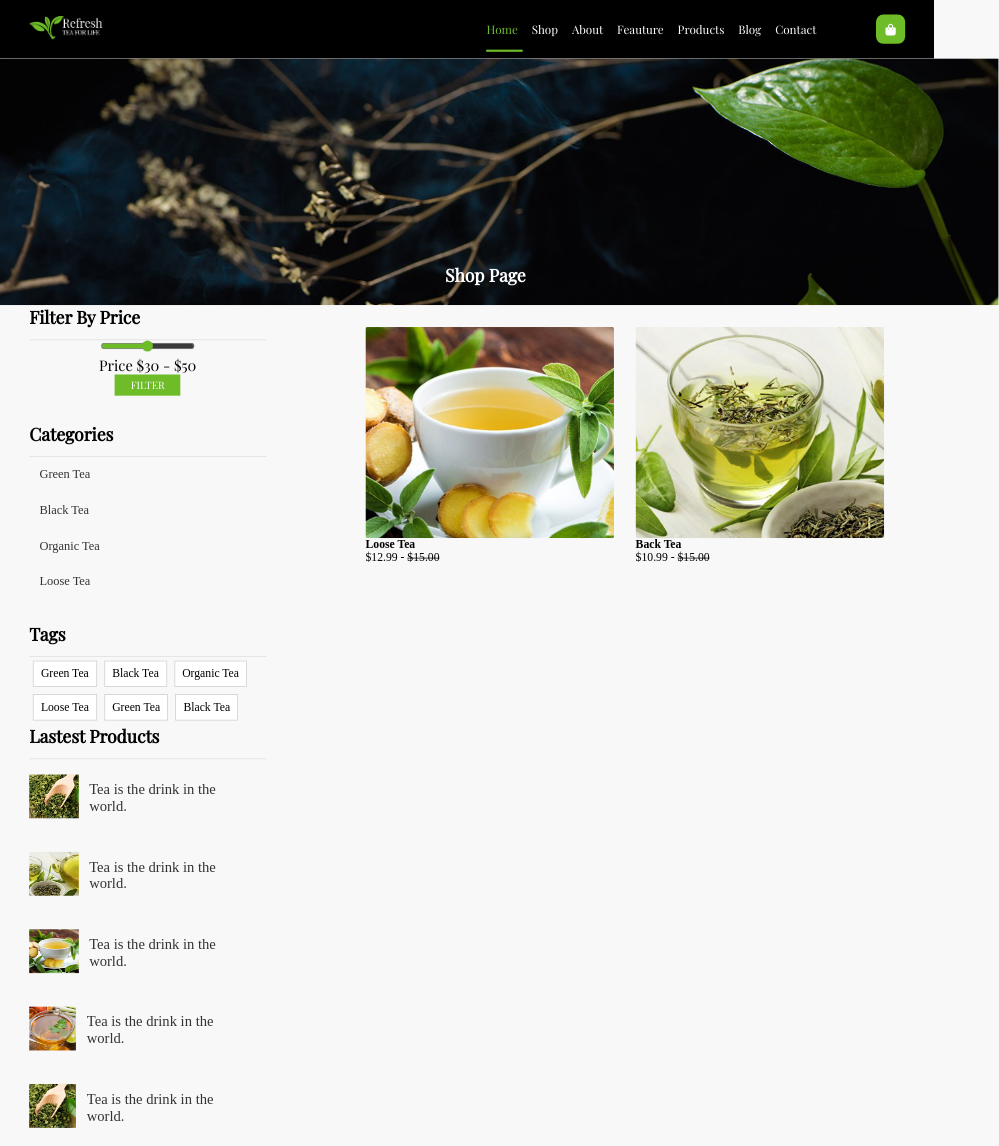
Repository: 52hzwhaleblue/school_teashop
Page: shop.html
An editor plug-in stored every save of this project. The page is shown before and after the next save, followed by the edit.
The browser window is 1280 px wide. The page is 1368 px wide, so the pictures cover 1368 px, including what lies to the right of the window. The pictures show the whole page, at 73% of full size.
Some web libraries are served in a nearby version.

Above is the page before, as saved 2022-05-05 22:52:29.

After the next save:
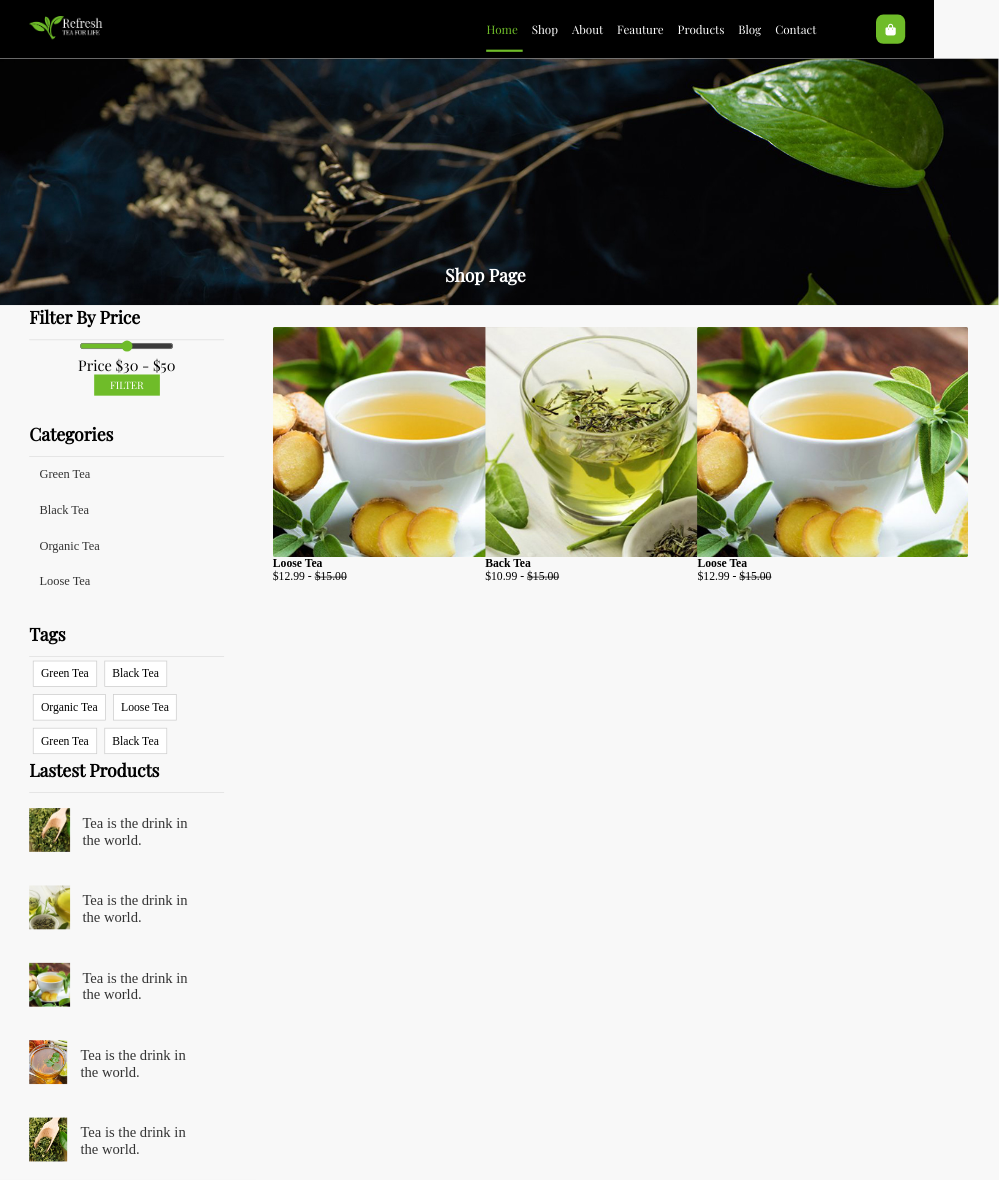
Saved 15 s later.
--- a/shop.html
+++ b/shop.html
@@ -184,6 +184,12 @@
                         <h4>Back Tea</h4>
                         <p>$10.99 - <del>$15.00</del></p>
                     </div>
+                    <div class="shop">
+                        <img src="images/product-8.jpg">
+                        <h4>Loose Tea</h4>
+                        <p>$12.99 - <del>$15.00</del></p>
+                        <p></p>
+                    </div>
                 </div>
 
             </div>
